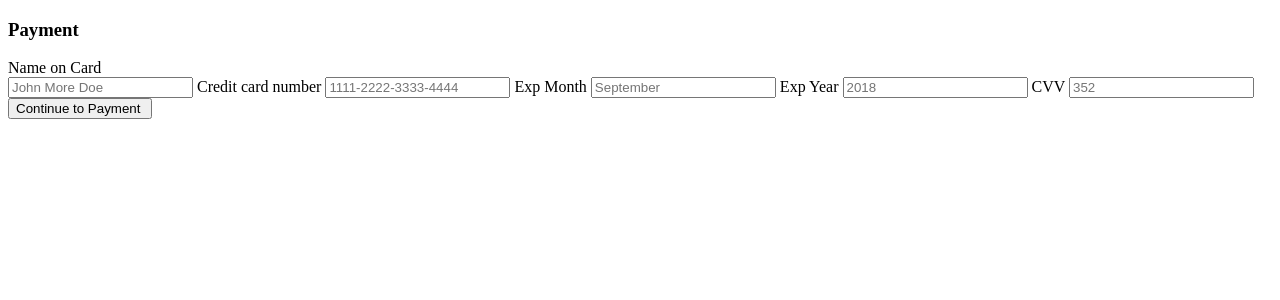
Repository: Shivani2392/FlyAwayProject
Page: http://localhost/FlightBookingPortal/Payement.jsp
The author's editor kept a copy of each file at every save. The page is drawn from the files as they stood at one save, then again after the next save.
The browser window is 1280 px wide. The pictures show the whole page.
The page is served by Tomcat 9.

Above is the page before, as saved 2020-11-21 15:36:11.

After the next save:
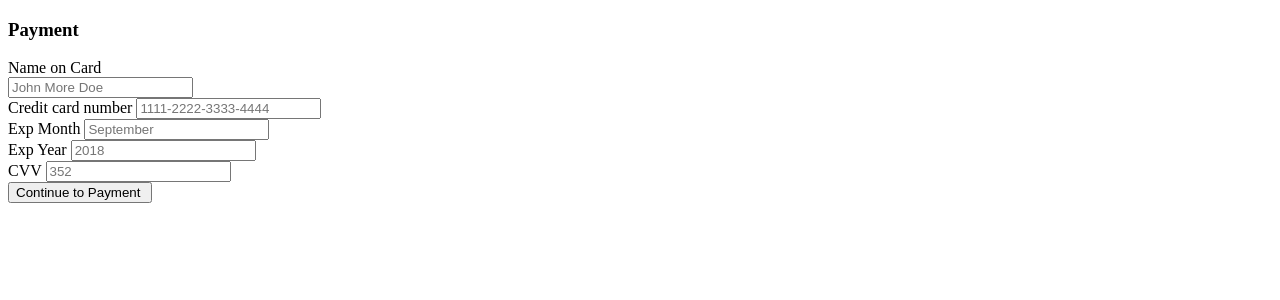
Saved 19 s later.
--- a/FlightBookingPortal/src/main/webapp/Payement.jsp
+++ b/FlightBookingPortal/src/main/webapp/Payement.jsp
@@ -14,16 +14,19 @@
 
             <label for="cname">Name on Card</label><br>
             <input type="text" id="cname" name="cardname" placeholder="John More Doe">
+            <br>
             <label for="ccnum">Credit card number</label>
             <input type="text" id="ccnum" name="cardnumber" placeholder="1111-2222-3333-4444">
+            <br>
             <label for="expmonth">Exp Month</label>
             <input type="text" id="expmonth" name="expmonth" placeholder="September">
-
+            <br>
                 <label for="expyear">Exp Year</label>
                 <input type="text" id="expyear" name="expyear" placeholder="2018">
-
+     <br>
                 <label for="cvv">CVV</label>
                 <input type="text" id="cvv" name="cvv" placeholder="352">
+        <br>
         <input type="submit" value="Continue to Payment ">
       </form>
 
